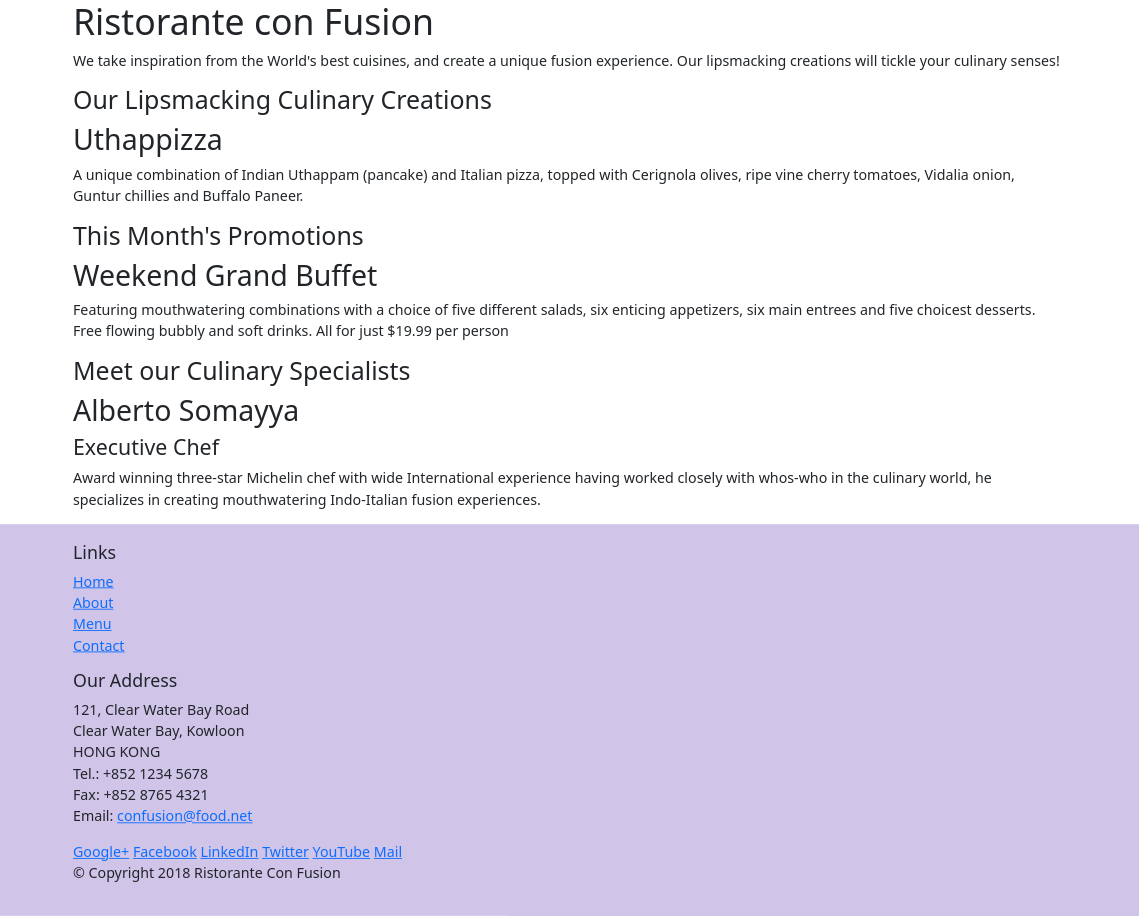
Repository: devjeremyjake/confusion
Page: index.html
These files come from the project's save history. The page is drawn as it stood at one moment and after a run of saves; the edit follows.
The browser window is 1280 px wide. The pictures show the whole page, at 89% of full size.
Some web libraries are served in a nearby version.

Above is the page before, as saved 2020-01-30 15:35:52.

### index.html
<!DOCTYPE html>
<html lang="en">
<head>
    <meta charset="UTF-8">
    <meta name="viewport" content="width=device-width, initial-scale=1.0">
    <meta http-equiv="X-UA-Compatible" content="ie=edge">
    <title>Ristorante Con Fusion</title>
    <link rel="stylesheet" href="node_modules/bootstrap/dist/css/bootstrap.min.css">
    <link rel="stylesheet" href="css/style.css">
</head>

<body>

   <header class="jumbotron">
        <div class="container">
            <div class="row row-header>
                <div class="col-12 col-sm-6">
                    <h1>Ristorante con Fusion</h1>
                    <p>We take inspiration from the World's best cuisines, and create a unique fusion experience. Our lipsmacking creations will tickle your culinary senses!</p>
                </div>
                <div class="col-12 col-sm">
                </div>
            </div>
        </div>
    </header>

    <div class="container">
        <div class="row row-header">
            <div>
                <h3>Our Lipsmacking Culinary Creations</h3>
            </div>
            <div>
                <h2>Uthappizza</h2>
                <p>A unique combination of Indian Uthappam (pancake) and Italian pizza, topped with Cerignola olives, ripe vine cherry tomatoes, Vidalia onion, Guntur chillies and Buffalo Paneer.</p>
            </div>
        </div>


        <div class="row row-header">
            <div>
                <h3>This Month's Promotions</h3>
            </div>
            <div>
                <h2>Weekend Grand Buffet</h2>
                <p>Featuring mouthwatering combinations with a choice of five different salads, six enticing appetizers, six main entrees and five choicest desserts. Free flowing bubbly and soft drinks. All for just $19.99 per person </p>
            </div>
        </div>

        <div class="row row-header">
            <div>
                <h3>Meet our Culinary Specialists</h3>
            </div>
            <div>
                <h2>Alberto Somayya</h2>
                <h4>Executive Chef</h4>
                <p>Award winning three-star Michelin chef with wide International experience having worked closely with whos-who in the culinary world, he specializes in creating mouthwatering Indo-Italian fusion experiences. </p>
            </div>
        </div>
    </div>

    <footer class="footer">
        <div class=" container">
            <div>
                <div>
                    <h5>Links</h5>
                    <ul class="list-unstyled">
                        <li><a href="#">Home</a></li>
                        <li><a href="#">About</a></li>
                        <li><a href="#">Menu</a></li>
                        <li><a href="#">Contact</a></li>
                    </ul>
                </div>
                <div>
                    <h5>Our Address</h5>
                    <address>
		              121, Clear Water Bay Road<br>
		              Clear Water Bay, Kowloon<br>
		              HONG KONG<br>
		              Tel.: +852 1234 5678<br>
		              Fax: +852 8765 4321<br>
		              Email: <a href="mailto:confusion@food.net">confusion@food.net</a>
		           </address>
                </div>
                <div>
                    <div>
                        <a href="http://google.com/+">Google+</a>
                        <a href="http://www.facebook.com/profile.php?id=">Facebook</a>
                        <a href="http://www.linkedin.com/in/">LinkedIn</a>
                        <a href="http://twitter.com/">Twitter</a>
                        <a href="http://youtube.com/">YouTube</a>
                        <a href="mailto:">Mail</a>
                    </div>
                </div>
           </div>
           <div>
                <div>
                    <p>© Copyright 2018 Ristorante Con Fusion</p>
                </div>
           </div>
        </div>
    </footer>

    <script src="node_modules/jquery/dist/jquery.slim.min.js"></script>
    <script src="node_modules/popper.js/dist/umd/popper.min.js"></script>
    <script src="node_modules/bootstrap/dist/js/bootstrap.min.js"></script>
</body>

</html>

### css/style.css
.row-header {
    margin: px auto;
    padding: 0px;
}

.row-content {
    margin: 0px auto;
    padding: 50px 0px 50px 0px;
    border-bottom: 1px ridge;
    min-height: 400px;
}

.footer {
    background-color: #D1C4E9;
    margin: 0px auto;
    padding: 20px 0px 20px 0px;
}

.jumbotron {
    padding: ;
}

After the next 4 saves:
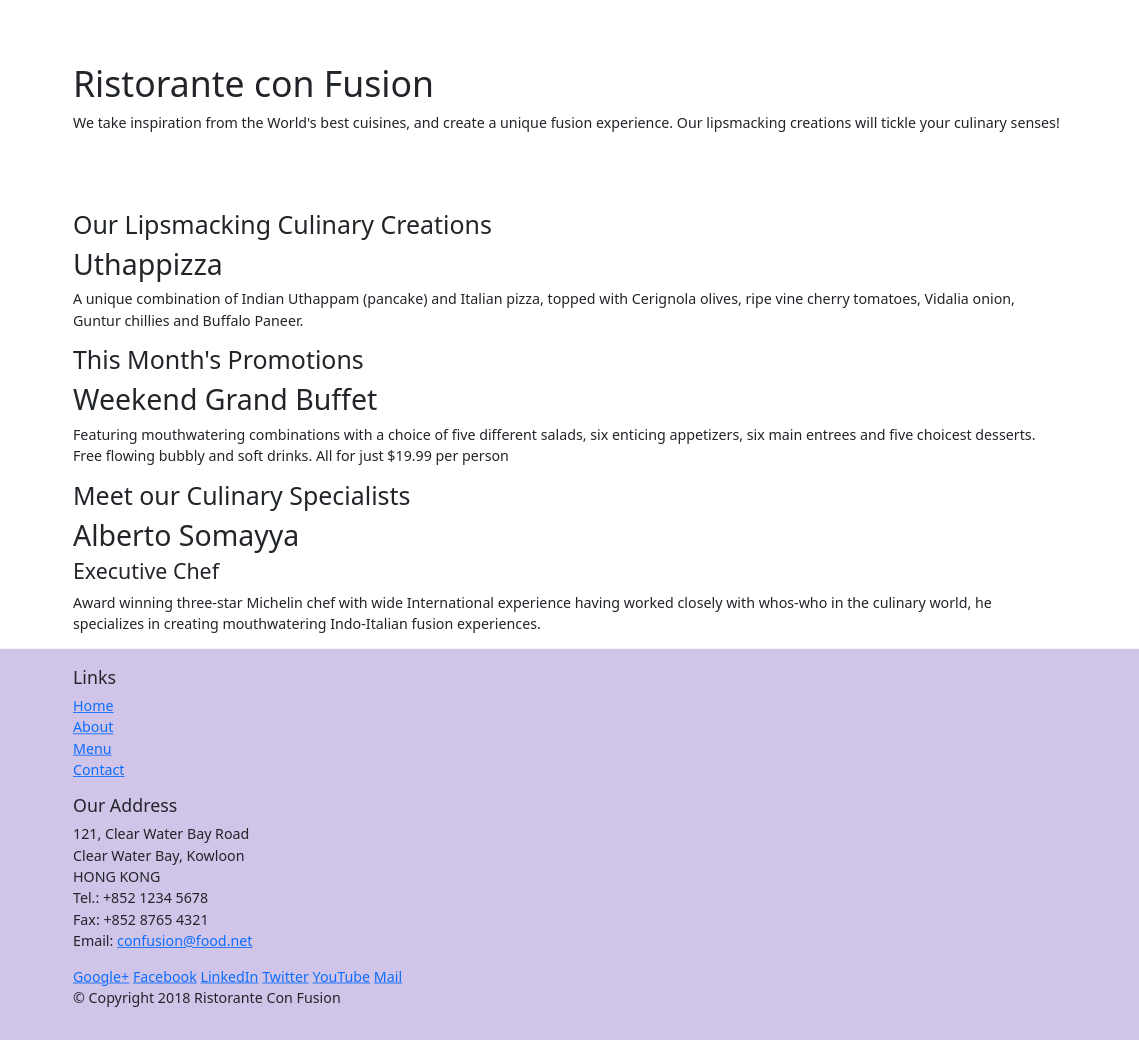
The 4 saves are shown as one change because they came seconds apart.
The last was saved 60 s later.
--- a/css/style.css
+++ b/css/style.css
@@ -17,5 +17,5 @@
 }
 
 .jumbotron {
-    padding: ;
+    padding: 70px 30px;
 }
